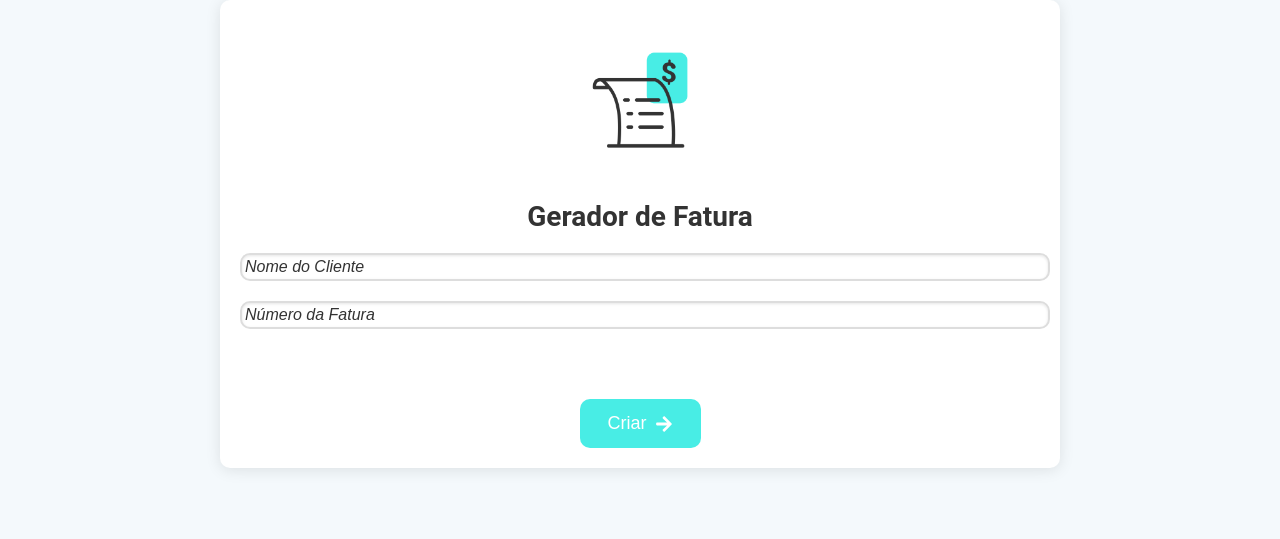
Repository: devthmedu/Invoice-Generator
Page: /
An editor plug-in stored every save of this project. The page is shown before and after the next save, followed by the edit.
The browser window is 1280 px wide. The pictures show the whole page.
The project was rebuilt for these pictures with package versions that can differ from the ones it lists, and the page was loaded fresh each time. Also part of the build but not shown: vite.config.js, src/Componete/Template.jsx.

Above is the page before, as saved 2024-07-16 19:40:35.

### index.html
<!DOCTYPE html>
<html lang="pt-BR">

<head>
  <meta charset="UTF-8" />
  <meta name="viewport" content="width=device-width, initial-scale=1.0" />
  <meta name="description" content="Gere sua fatura de forma simples e rápida com nosso gerador de faturas em React." />
  <meta name="keywords" content="fatura, gerador de faturas, React, financeiro" />
  <meta name="author" content="Thomas Eduardo" />
  <link rel="stylesheet" href="./src/App.css">
  <link rel="icon" href="./public/logo.png" />
  <title>Gere sua Fatura</title>
</head>


<body>
  <div id="root"></div>
  <script type="module" src="./src/main.jsx"></script>
</body>

</html>

### src/App.css
body {
  font-family: 'Roboto', sans-serif; /* Fonte moderna */
  background-color: #f4f9fc; /* Fundo suave */
  margin: 0;
  padding: 0;
}

.container {
  max-width: 600px; /* Largura ideal para usabilidade */
  margin: 100px auto; /* Centralização */
  padding: 40px 30px; /* Padding generoso */
  background: white; /* Estilo de cartão */
  border-radius: 20px; /* Cantos arredondados */
  box-shadow: 0 8px 30px rgba(0, 0, 0, 0.15); /* Sombra sutil */
  transition: transform 0.3s; /* Transição suave */
}

.container:hover {
  transform: translateY(-5px); /* Efeito de elevação ao passar o mouse */
}

.logo {
  display: block;
  margin: 0 auto 20px; /* Centraliza o logo */
  max-width: 160px; /* Ajusta o tamanho do logo */
}

.title {
  text-align: center;
  color: #333; /* Texto escuro */
  font-size: 28px; /* Tamanho de fonte grande */
  margin-bottom: 20px; /* Espaço abaixo do título */
  font-weight: 700; /* Título em negrito */
}

.form {
  display: flex;
  flex-direction: column; /* Layout em coluna para os inputs */
}

.inputs {
  margin-bottom: 30px; /* Mais espaço abaixo dos inputs */
}

.input-field {
    padding: 3px;
    border: 2px solid #ddd;
    border-radius: 10px;
    font-size: 16px;
    width: 100%;
    box-shadow: inset 0 1px 3px rgba(0, 0, 0, 0.1);
    transition: border-color 0.3s, box-shadow 0.3s;
    margin-bottom: 20px;
}

.input-field:focus {
  border-color: #48ede5; /* Cor de destaque ao focar */
  outline: none; /* Remove o contorno padrão */
  box-shadow: 0 0 5px rgba(72, 237, 229, 0.5); /* Efeito de brilho */
}

.input-field::placeholder {
  color: #333; /* Placeholder cinza claro */
  font-style: italic; /* Estilo itálico para o placeholder */
}

.buttons {
  display: flex;
  justify-content: center; /* Centraliza os botões */
  margin-top: 20px; /* Espaço acima dos botões */
}

.submit-button {
  background-color: #48ede5; /* Cor primária */
  color: white; /* Texto branco */
  border: none; /* Sem borda */
  border-radius: 10px; /* Cantos arredondados */
  padding: 14px 28px; /* Padding confortável */
  font-size: 18px; /* Tamanho de fonte maior */
  cursor: pointer; /* Muda para ponteiro ao passar o mouse */
  transition: background 0.3s, transform 0.3s; /* Transições suaves */
  display: flex; /* Flex para alinhar ícone */
  align-items: center; /* Centraliza verticalmente */
}

.submit-button:hover {
  background-color: #36b4d3; /* Tom mais escuro ao passar o mouse */
  transform: scale(1.05); /* Efeito de zoom leve */
}

.submit-button:disabled {
  background-color: #c0c0c0; /* Cinza quando desabilitado */
  cursor: not-allowed; /* Cursor de não permitido */
}

.submit-button svg {
  margin-left: 8px; /* Espaço entre texto e ícone */
}

input:disabled {
  background-color: #f7f7f7; /* Fundo claro para desabilitados */
  color: #aaa; /* Texto mais claro */
}

### src/main.jsx
import React from 'react';
import ReactDOM from 'react-dom';
import App from './App';
import 'react-toastify/dist/ReactToastify.css';
import { ToastContainer } from 'react-toastify';

ReactDOM.render(
  <React.StrictMode>
    <ToastContainer />
    <App />
  </React.StrictMode>,
  document.getElementById('root'),
);

### src/App.jsx
import React, { useState, useEffect } from 'react';
import './App.css';
import TemplatePdf from './Componete/Template';
import { FaArrowRight } from 'react-icons/fa';
import { toast } from 'react-toastify';
import logo from '/logo.png';

function App() {
  const [numeroDaFatura, setNumeroDaFatura] = useState('');
  const [nomeCliente, setNomeCliente] = useState('');
  const [data, setData] = useState('');
  const [visualizar, setVisualizar] = useState(true);
  const [loading, setLoading] = useState(false);

  // Formatação da data atual
  useEffect(() => {
    const atual = new Date();
    const dataFormatada = `${String(atual.getDate()).padStart(2, '0')}/${String(
      atual.getMonth() + 1,
    ).padStart(2, '0')}/${atual.getFullYear()}`;
    setData(dataFormatada);
  }, []);

  // Função para criar a fatura
  const criar = () => {
    if (!numeroDaFatura.match(/^[0-9]+$/)) {
      toast.error('Por favor, insira um número de fatura válido.');
      return;
    }
    if (!nomeCliente) {
      toast.error('Por favor, insira o nome do cliente.');
      return;
    }
    setLoading(true);
    setTimeout(() => {
      toast.success('Fatura criada com sucesso!');
      setLoading(false);
      setVisualizar(false);
    }, 500); // Simulando um delay para uma chamada de API
  };

  return (
    <>
      {visualizar ? (
        <div className="container">
          <img src={logo} alt="Logo" className="logo" />
          <h1 className="title">Gerador de Fatura</h1>
          <div className="form">
            <div className="inputs">
              <input
                type="text"
                placeholder="Nome do Cliente"
                value={nomeCliente}
                onChange={(e) => setNomeCliente(e.target.value)}
                disabled={loading}
                className="input-field"
                required // Adicionando a propriedade required
              />
              <input
                type="text"
                placeholder="Número da Fatura"
                value={numeroDaFatura}
                onChange={(e) => setNumeroDaFatura(e.target.value)}
                disabled={loading}
                className="input-field"
                required // Adicionando a propriedade required
              />
            </div>
            <div className="buttons">
              <button
                onClick={criar}
                disabled={loading}
                className="submit-button"
                title={
                  loading
                    ? 'Aguarde enquanto a fatura é criada'
                    : 'Criar fatura'
                } // Adicionando tooltip
              >
                {loading ? 'Criando...' : 'Criar'} <FaArrowRight />
              </button>
            </div>
          </div>
        </div>
      ) : (
        <TemplatePdf
          NumeroDaFatura={numeroDaFatura}
          data={data}
          nomeCliente={nomeCliente}
        />
      )}
    </>
  );
}

export default App;

### src/Componete/Template.css
/* Container styles */
.container {
    max-width: 800px;
    margin: 0 auto;
    padding: 20px;
    background: #ffffff;
    border-radius: 10px;
    box-shadow: 0 2px 15px rgba(0, 0, 0, 0.1);
}

/* Logo styles */
.logo {
    text-align: center;
    margin-bottom: 20px;
}

.logo img {
    max-width: 100px;
}

/* Title styles */
h1 {
    text-align: center;
    color: #48ede5;
    font-size: 28px;
    margin-bottom: 20px;
}

/* Client information styles */
.client-info {
    margin-bottom: 20px;
    padding: 10px;
    background-color: #f9f9f9;
    border-radius: 5px;
    border: 1px solid #ddd;
    font-size: 16px;
    color: #333;
}

.client-info p {
    margin: 5px 0;
}

/* Table styles */
.table {
    width: 100%;
    border-collapse: collapse;
    margin-top: 20px;
}

.table thead {
    background: #48ede5;
    color: #ffffff;
}

.table th, .table td {
    padding: 12px;
    text-align: left;
    border-bottom: 1px solid #ddd;
}

.table th {
    font-size: 1.1em;
}

.table tbody tr:hover {
    background: #f1f1f1;
}

/* Notes styles */
.notes {
    margin-top: 20px;
    font-style: italic;
    color: #555;
}

/* Button styles */
.button-group {
    display: flex;
    justify-content: space-between;
    margin-top: 20px;
}

.button-group button {
    padding: 10px 15px;
    background: #48ede5;
    color: white;
    border: none;
    border-radius: 5px;
    cursor: pointer;
    transition: background 0.3s ease, transform 0.2s;
}

.button-group button:hover {
    background: #36b4d3;
    transform: scale(1.05);
}

/* Dialog title styles */
.dialog-title {
    display: flex;
    justify-content: space-between;
    align-items: center;
}

.dialog-title .hed {
    font-size: 1.5em;
    font-weight: bold;
    color: #48ede5;
}

/* Form styles */
.forms {
    display: flex;
    flex-direction: column;
}

.forms input {
    width: 100%;
    padding: 10px;
    margin: 5px 0;
    border: 1px solid #ccc;
    border-radius: 5px;
    transition: border-color 0.3s;
}

.forms input:focus {
    border-color: #48ede5;
    outline: none;
}

.forms input::placeholder {
    color: #aaa;
}

/* Icon styles */
.icon-cross {
    cursor: pointer;
}

After the next save:
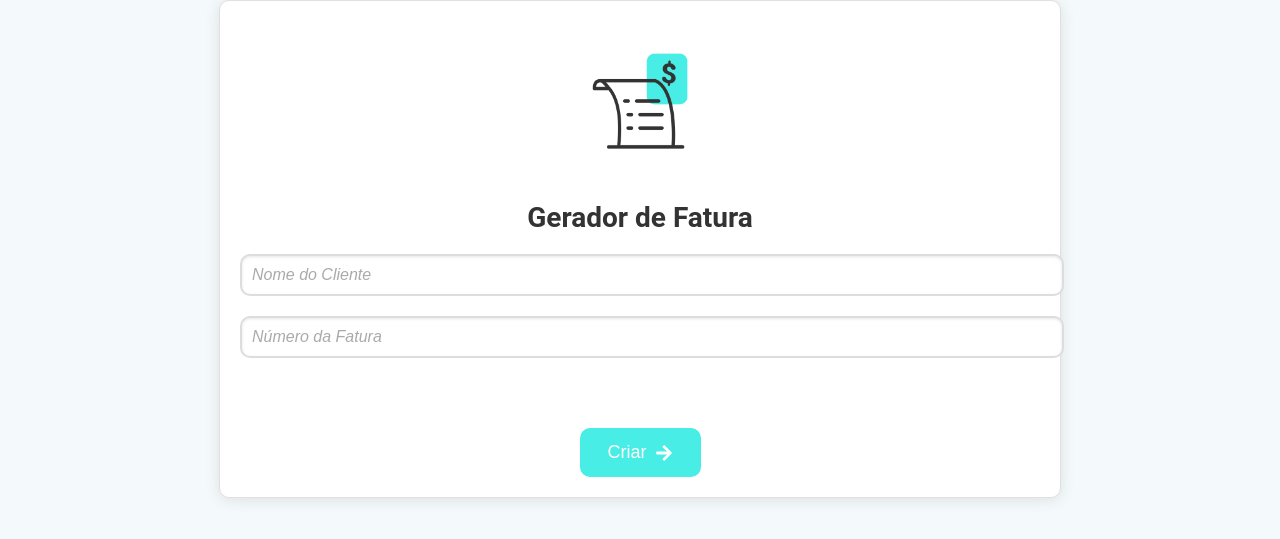
Saved 47 s later.
--- a/src/App.css
+++ b/src/App.css
@@ -11,12 +11,14 @@ body {
   padding: 40px 30px; /* Padding generoso */
   background: white; /* Estilo de cartão */
   border-radius: 20px; /* Cantos arredondados */
-  box-shadow: 0 8px 30px rgba(0, 0, 0, 0.15); /* Sombra sutil */
-  transition: transform 0.3s; /* Transição suave */
+  box-shadow: 0 8px 30px rgba(0, 0, 0, 0.1); /* Sombra suave */
+  transition: transform 0.3s, box-shadow 0.3s; /* Transição suave */
+  border: 1px solid #e0e0e0; /* Borda sutil */
 }
 
 .container:hover {
   transform: translateY(-5px); /* Efeito de elevação ao passar o mouse */
+  box-shadow: 0 12px 40px rgba(0, 0, 0, 0.2); /* Sombra mais profunda ao passar o mouse */
 }
 
 .logo {
@@ -43,14 +45,14 @@ body {
 }
 
 .input-field {
-    padding: 3px;
-    border: 2px solid #ddd;
-    border-radius: 10px;
-    font-size: 16px;
-    width: 100%;
-    box-shadow: inset 0 1px 3px rgba(0, 0, 0, 0.1);
-    transition: border-color 0.3s, box-shadow 0.3s;
-    margin-bottom: 20px;
+  padding: 10px; /* Aumentando o padding para mais conforto */
+  border: 2px solid #ddd; /* Borda mais espessa */
+  border-radius: 10px; /* Cantos arredondados */
+  font-size: 16px; /* Tamanho de fonte adequado */
+  width: 100%; /* Largura total */
+  box-shadow: inset 0 1px 3px rgba(0, 0, 0, 0.1); /* Sombra interna suave */
+  transition: border-color 0.3s, box-shadow 0.3s; /* Transições suaves */
+  margin-bottom: 20px; /* Espaço entre os inputs */
 }
 
 .input-field:focus {
@@ -60,7 +62,7 @@ body {
 }
 
 .input-field::placeholder {
-  color: #333; /* Placeholder cinza claro */
+  color: #aaa; /* Placeholder mais claro */
   font-style: italic; /* Estilo itálico para o placeholder */
 }
 
